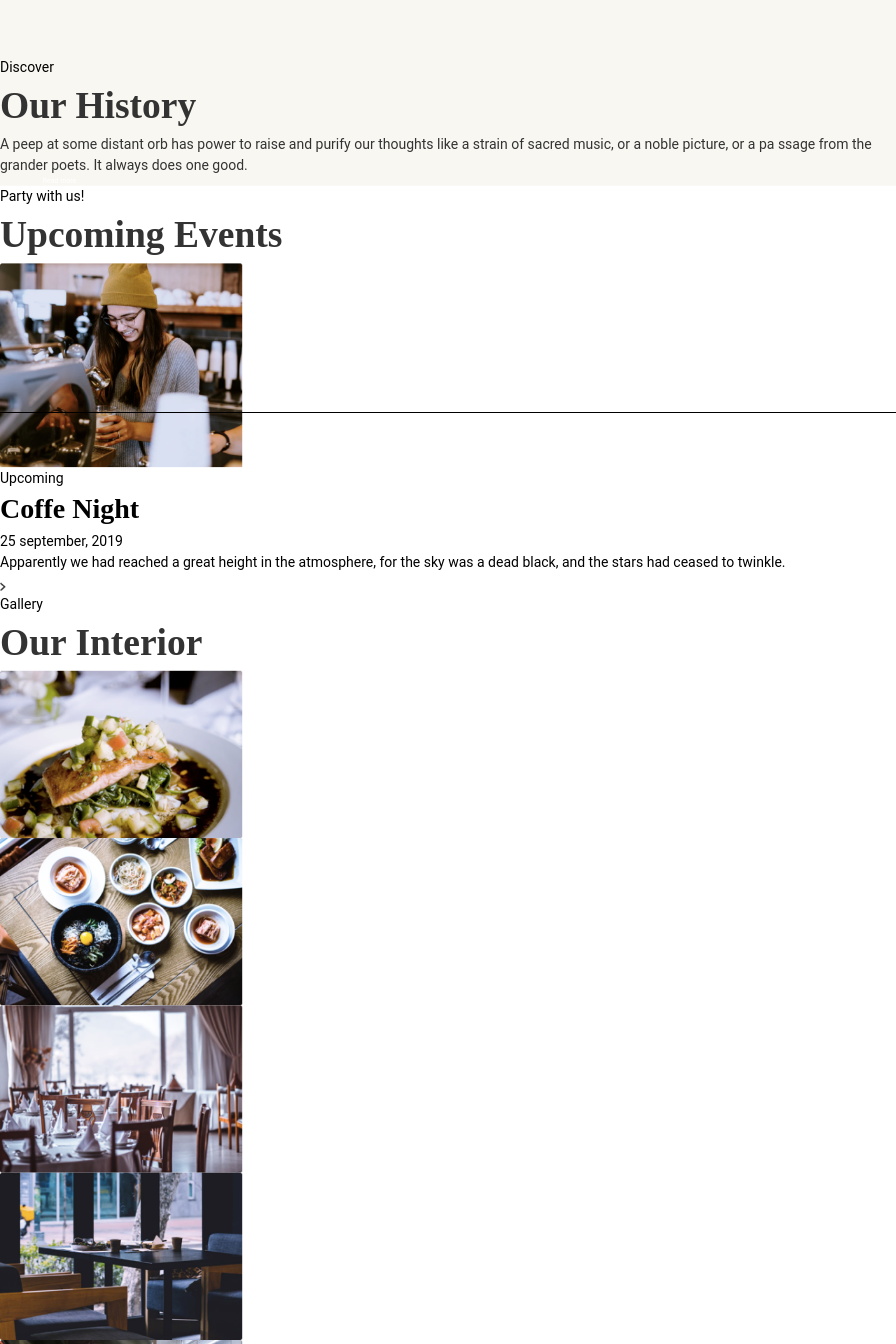
Repository: murilopellis-12/Tailwind-Prova
Page: index.html
An editor plug-in stored every save of this project. The page is shown before and after a run of saves, followed by the edit.
The browser window is 1280 px wide. The pictures show the part of the page from y = 2316 to 4236 px (the page is 5941 px tall before and 5953 px after), at 70% of full size.

Above is the page before, as saved 2026-10-26 21:25:36.
Not found: style.css

### index.html
<!doctype html>
<html lang="pt-BR">
  <head>
    <meta charset="UTF-8" />
    <meta name="viewport" content="width=device-width, initial-scale=1.0" />
    <title>PROVA FRONT-END</title>
    <script src="https://cdn.jsdelivr.net/npm/@tailwindcss/browser@4"></script>
    <style type="text/tailwindcss">
      @theme {
        --espaco-pequeno: clamp(
          1.5rem,
          calc(-2.725rem + 11.268vw),
          13.5rem
        ); /* min: 15px, max: 135px */
        --padding-topo: clamp(8rem, calc(5.183rem + 7.512vw), 16rem);

        /*Cores*/
        --cor-primaria: #333;
        --cor-secundaria: #f9f7f2;
        --cor-terciaria: #fff;
        --complementar-roxo: #6327eb;
        --borda-menu: rgba(255, 255, 255, 0.3);
        --paragrafos-claros: rgba(51, 51, 51, 0.5);
        --borda-formulario: #dadada;
      }

      html {
        font-size: 62.5%;
      }

      * {
        margin: 0;
        padding: 0;
        box-sizing: border-box;
      }

      h1 {
        font-size: clamp(
          5.6rem,
          calc(5.037rem + 1.502vw),
          7.2rem
        ); /* min: 56px, max: 72px */
        color: var(--cor-terciaria);
        font-weight: bold;
        font-family: "PT Serif";
      }

      h2 {
        font-size: clamp(
          4rem,
          calc(3.437rem + 1.502vw),
          5.6rem
        ); /* min: 40px, max: 56px */
        font-family: "PT Serif";
        font-weight: bold;
        color: var(--cor-primaria);
      }

      h3 {
        font-size: 4rem;
        font-family: "PT Serif";
        font-weight: bold;
      }

      p {
        font-family: "Roboto";
        font-size: 2rem;
      }

      button {
        font-family: "Roboto";
        color: var(--cor-terciaria);
        font-weight: normal;
        border-radius: 5px;
      }
    </style>
    <link rel="stylesheet" href="style.css" />
  </head>

  <body>
    <header
      class="header-principal bg-[linear-gradient(rgba(51,51,51,0.9),_rgba(51,51,51,0.9)),_url('img/imagem-fundo.png')] bg-cover bg-center w-[100%] h-auto p-[1.6rem_var(--espaco-pequeno)_clamp(5rem,calc(3.592rem+3.756vw),9rem)_var(--espaco-pequeno)] flex flex-col gap-[clamp(4.3rem,calc(2.645rem+4.413vw),9rem)]"
    >
      <div class="conteudo-header flex justify-between w-[100%] items-center">
        <div>
          <a
            aria-label="redireciona para o início"
            id="ancora-header"
            href="#"
            class="text-[4rem] no-underline text-[var(--cor-terciaria)] font-bold"
            >REST</a
          >
        </div>
        <div class="menu-hamburguer-div">
          <button
            id="botao-menu-hamburguer"
            class="w-[4.8rem] h-[4.8rem] rounded-[50%] border border-solid border-[var(--borda-menu)] bg-transparent"
          >
            <img
              src="img/menu-hamburguer.png"
              alt="menu hamburguer do header"
            />
          </button>
        </div>
        <nav class="navegacao-header-desktop hidden">
          <ul class="flex flex-row gap-[3.2rem] justify-evenly">
            <li
              class="list-none text-[2rem] font-light text-[var(--cor-terciaria)] no-underline"
            >
              <a
                class="list-none text-[2rem] font-light text-[var(--cor-terciaria)] no-underline"
                aria-label="abre Sobre"
                href=""
                >About Us</a
              >
            </li>
            <li
              class="list-none text-[2rem] font-light text-[var(--cor-terciaria)] no-underline"
            >
              <a
                class="list-none text-[2rem] font-light text-[var(--cor-terciaria)] no-underline"
                aria-label="abre Menu"
                href=""
                >Menu</a
              >
            </li>
            <li
              class="list-none text-[2rem] font-light text-[var(--cor-terciaria)] no-underline"
            >
              <a
                class="list-none text-[2rem] font-light text-[var(--cor-terciaria)] no-underline"
                aria-label="abre Eventos"
                href=""
                >Events</a
              >
            </li>
            <li
              class="list-none text-[2rem] font-light text-[var(--cor-terciaria)] no-underline"
            >
              <a
                class="list-none text-[2rem] font-light text-[var(--cor-terciaria)] no-underline"
                aria-label="abre Notícias"
                href=""
                >News</a
              >
            </li>
            <li
              class="list-none text-[2rem] font-light text-[var(--cor-terciaria)] no-underline"
            >
              <a
                class="list-none text-[2rem] font-light text-[var(--cor-terciaria)] no-underline"
                aria-label="abre contatos"
                href=""
                >Contact</a
              >
            </li>
          </ul>
        </nav>
        <div class="desktop-div-redes-sociais hidden">
          <nav class="navegacao-redes-sociais-header flex gap-[0.8rem]">
            <a
              aria-label="abre Facebook"
              class="circulos-navegacao w-[4.8rem] h-[4.8rem] rounded-[50%] border border-solid border-[var(--borda-menu)] flex justify-center items-center"
              href=""
              ><img src="img/facebook.png" alt="logo do Facebook"
            /></a>
            <a aria-label="abre Twitter" class="circulos-navegacao" href=""
              ><img
                class="logo-twitter-ancora"
                src="img/twitter.png"
                alt="logo do Twitter"
            /></a>
            <a aria-label="abre Instagram" class="circulos-navegacao" href=""
              ><img src="img/instagram.png" alt="logo do Instagram"
            /></a>
          </nav>
        </div>
      </div>
      <div
        class="div-agrupar-conteudo-hero flex flex-col gap-[clamp(3.6rem,calc(1.982rem+4.314vw),6.4rem)]"
      >
        <div
          class="conteudo-hero h-auto flex flex-col justify-center gap-[4rem]"
        >
          <h1 id="h1-pagina-principal">Welcome to our restaurant</h1>
          <p
            id="horario-funcionamento-hero"
            class="text-[2.4rem] font-light text-[var(--cor-terciaria)]"
          >
            Everyday 8:00 am - 23:00 pm
          </p>
          <div
            class="botoes-hero grid grid-cols-[1fr_1fr] gap-[clamp(0.6rem,calc(-0.245rem+2.254vw),3rem)] h-auto w-[100%] max-w-[345px]"
          >
            <button
              aria-label="abre a reserva de mesa"
              class="botoes-hero-class p-[1.2rem_0] text-[var(--cor-terciaria)] text-[1.8rem] max-w-[170px] border-0 bg-[var(--complementar-roxo)]"
              id="botao-livro-mesa"
            >
              Book a table
            </button>
            <button
              aria-label="abre o menu"
              class="botoes-hero-class p-[1.2rem_0] text-[var(--cor-terciaria)] text-[1.8rem] max-w-[170px] border-0 bg-[var(--complementar-roxo)] border border-solid border-[var(--borda-menu)]"
              id="botao-ver-menu"
            >
              See menu
            </button>
          </div>
        </div>
        <div class="div-imagem-hero w-auto h-auto flex justify-center">
          <img
            class="w-[100%] max-w-[570px] h-auto"
            id="imagem-sopa-hero"
            src="img/sopa.png"
            alt="imagem de uma sopa"
          />
        </div>
      </div>
    </header>
    <main>
      <section
        class="secao-nossa-historia p-[clamp(8rem,calc(5.183rem+7.512vw),16rem)_var(--espaco-pequeno)] bg-[var(--cor-secundaria)]"
      >
        <div
          class="conteudo-nossa-historia flex flex-col gap-[clamp(6.3rem,calc(3.941rem+6.291vw),13rem)]"
        >
          <div class="div-imagem-nossa-historia">
            <img
              src="img/nossa-historia-imagem.png"
              alt="imagem de uma cozinha"
              class="w-[100%] h-auto p-[0_3rem] object-cover"
            />
          </div>
          <div class="nossa-historia-texto flex flex-col justify-center">
            <p class="categorias-site text-[2.4rem] text-light" id="categoria-descobrir">Discover</p>
            <h2 id="nossa-historia-h2" class="m-[0_0_1.2rem_0]">Our History</h2>
            <p class="paragrafos-site text-[var(--cor-primaria)] text-light">
              A peep at some distant orb has power to raise and purify our
              thoughts like a strain of sacred music, or a noble picture, or a
              pa ssage from the grander poets. It always does one good.
            </p>
            <div class="div-botao-ler-mais">
              <button aria-label="abre o Ler Mais" id="botao-ler-mais-historia" class="w-[100%] max-w-[170px] p-[1.2rem_0] border-0">
                Read more
              </button>
            </div>
          </div>
        </div>
      </section>
      <section class="secao-eventos-futuros">
        <div class="titulos-secao-eventos-futuros">
          <p id="paragrafo-titulo-eventos-futuros">Party with us!</p>
          <h2 id="h2-titulo-eventos-futuros">Upcoming Events</h2>
        </div>
        <div class="forma-eventos-futuros">
          <div class="imagem-evento-futuro">
            <img
              id="imagem-mulher-fazendo-cafe"
              src="img/mulher-fazendo-cafe.png"
              alt="mulher fazendo café em uma máquina"
            />
          </div>
          <div class="conteudo-escrito-eventos">
            <p class="categorias-site" id="categoria-futuro">Upcoming</p>
            <h3>Coffe Night</h3>
            <p id="data-eventos-futuros">25 september, 2019</p>
            <p class="paragrafos-site">
              Apparently we had reached a great height in the atmosphere, for
              the sky was a dead black, and the stars had ceased to twinkle.
            </p>
            <div class="div-botao-ler-mais">
              <button
                aria-label="redireciona a reserva de mesa"
                id="botao-reservar-mesa"
              >
                Book a table
              </button>
            </div>
          </div>
          <div class="proxima-pagina">
            <button id="seta-proxima-pagina">
              <img
                src="img/flecha-proxima.png"
                alt="ícone de flecha que guia para outra página"
              />
            </button>
          </div>
        </div>
      </section>
      <section class="secao-galeria-fotos">
        <div class="titulos-secao-galeria-fotos">
          <p id="paragrafo-titulo-galeria">Gallery</p>
          <h2 id="h2-titulo-galeria">Our Interior</h2>
        </div>
        <div class="imagens-galeria">
          <img
            class="imagens-da-galeria"
            src="img/galeria/salmao.png"
            alt="prato com temperos e salmão"
          />
          <img
            class="imagens-da-galeria"
            src="img/galeria/pratos.png"
            alt="pratos preparados com diversos alimentos"
          />
          <img
            class="imagens-da-galeria"
            src="img/galeria/mesas-cadeiras.png"
            alt="mesas preparadas com diversas cadeiras"
          />
          <img
            class="imagens-da-galeria"
            src="img/galeria/mesa-individual.png"
            alt="uma unidade de mesa com lugar para 4 pessoas"
          />
          <img
            class="imagens-da-galeria"
            src="img/galeria/mesa-com-garcom.png"
            alt="mesas e cadeiras sendo organizados por uma garçom"
          />
          <img
            class="imagens-da-galeria"
            src="img/galeria/mesa-preparada.png"
            alt="mesa com talheres e guardanapos postos e preparados"
          />
        </div>
      </section>
      <section class="secao-sobre-nos">
        <div class="titulos-secao-sobre-nos">
          <p class="categorias-site" id="paragrafo-titulo-sobre-nos">Press</p>
          <h2 id="h2-titulo-sobre-nos">About Us</h2>
        </div>
        <div class="cartoes-conjunto">
          <div class="cartoes-autoras" id="autora-york-times">
            <img
              class="logo-titulo"
              src="img/the-new-york-logo.png"
              alt="logo do The New York Times"
            />
            <p class="citacao-autora">
              "Apparently we had reached a great height in the atmosphere, for
              the sky was a dead black, and the stars had ceased to twinkle. By
              the same illusion which lifts the horizon of the sea to the
              level."
            </p>
            <p class="nome-autora-rodape">The New York Times</p>
          </div>
          <div class="cartoes-autoras" id="autora-the-guardian">
            <img
              class="logo-titulo"
              src="img/the-guardian-logo.png"
              alt="logo do The Guardian"
            />
            <p class="citacao-autora">
              "Apparently we had reached a great height in the atmosphere, for
              the sky was a dead black, and the stars had ceased to twinkle. By
              the same illusion which lifts the horizon of the sea to the
              level."
            </p>
            <p class="nome-autora-rodape">The Guardian</p>
          </div>
          <div class="cartoes-autoras" id="autora-wall-street">
            <img
              class="logo-titulo"
              src="img/wall-street-jornal-logo.png"
              alt="logo do Wall Street Jornal"
            />
            <p class="citacao-autora">
              "Apparently we had reached a great height in the atmosphere, for
              the sky was a dead black, and the stars had ceased to twinkle. By
              the same illusion which lifts the horizon of the sea to the
              level."
            </p>
            <p class="nome-autora-rodape">The Wall Street Jornal</p>
          </div>
        </div>
      </section>
      <section class="secao-reservar-mesa">
        <div class="area-reserva-mesa">
          <div>
            <p class="categorias-site" id="paragrafo-titulo-reserva">Reserve</p>
            <h2 id="h2-titulo-reserva-mesa">A Table</h2>
          </div>
          <form action="#" class="formulario-reserva-mesa">
            <div
              class="campos-preencher-formulario-reserva"
              id="formulario-campo-data"
            >
              <label for="data">DATE</label>
              <input
                type="text"
                id="data"
                name="data"
                placeholder="9/26/2019"
              />
            </div>
            <div
              class="campos-preencher-formulario-reserva"
              id="formulario-campo-tempo"
            >
              <label for="hora">TIME</label>
              <input type="text" name="hora" id="hora" placeholder="7:00 pm" />
            </div>
            <div
              class="campos-preencher-formulario-reserva"
              id="formulario-campo-visitantes"
            >
              <label for="numero-pessoas">GUESTS</label>
              <input
                type="number"
                name="numero-pessoas"
                id="numero-pessoas"
                placeholder="2 people"
              />
            </div>
            <div id="formulario-campo-envio">
              <button
                aria-label="redireciona para reserva de mesa"
                id="botao-envio-reserva"
                type="submit"
              >
                Find a table
              </button>
            </div>
          </form>
        </div>
        <div class="div-imagem-secao-reserva">
          <img src="img/mesa-organizada.png" alt="mesa organizada" />
        </div>
      </section>
    </main>
    <footer class="footer-principal">
      <div>
        <h3 id="h3-rodape-pagina">REST</h3>
      </div>
      <nav class="navegacao-rodape">
        <ul>
          <li>About Us</li>
          <li>Menu</li>
          <li>Events</li>
          <li>News</li>
          <li>Contact</li>
        </ul>
      </nav>
      <nav class="redes-sociais-rodape-botoes">
        <a aria-label="abre Facebook" class="circulos-navegacao" href=""
          ><img src="img/facebook.png" alt="logo do Facebook"
        /></a>
        <a aria-label="abre Twitter" class="circulos-navegacao" href=""
          ><img
            class="logo-twitter-ancora"
            src="img/twitter.png"
            alt="logo do Twitter"
        /></a>
        <a aria-label="abre Instagram" class="circulos-navegacao" href=""
          ><img src="img/instagram.png" alt="logo do Instagram"
        /></a>
      </nav>
      <div class="direitos-reservados-rodape">
        <p id="paragrafo-direitos-reservados">
          2019 Restaurant. All Rights Reserved.
        </p>
      </div>
    </footer>
  </body>
</html>

After the next 12 saves:
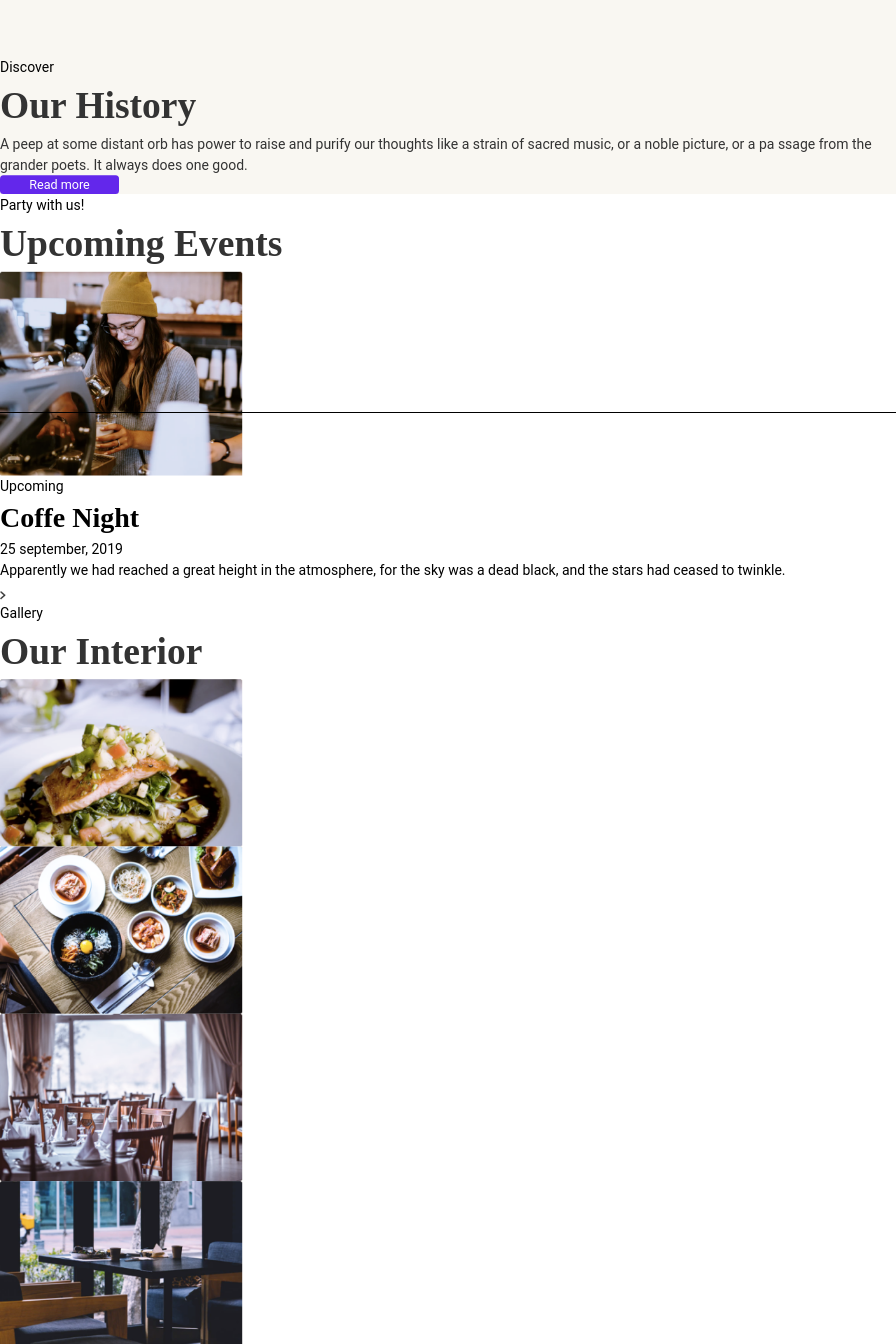
The 12 saves are shown as one change because they came seconds apart.
The last was saved 33 s later.
--- a/index.html
+++ b/index.html
@@ -241,7 +241,7 @@
               pa ssage from the grander poets. It always does one good.
             </p>
             <div class="div-botao-ler-mais">
-              <button aria-label="abre o Ler Mais" id="botao-ler-mais-historia" class="w-[100%] max-w-[170px] p-[1.2rem_0] border-0">
+              <button aria-label="abre o Ler Mais" id="botao-ler-mais-historia" class="w-[100%] max-w-[170px] p-[1.2rem_0] border-0 bg-[var(--complementar-roxo)] text-[1.8rem] mt-">
                 Read more
               </button>
             </div>
